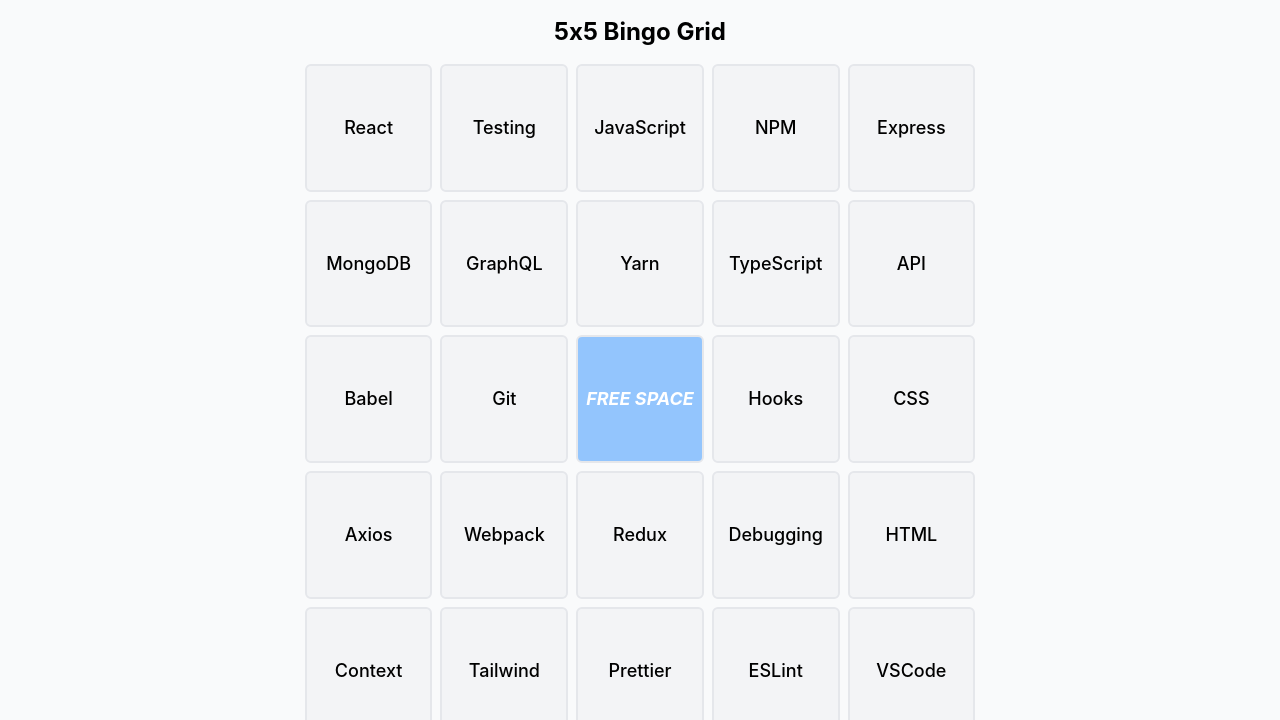
Repository: yassirbn/football-bingo
Page: /
The author's editor kept a copy of each file at every save. The page is drawn from the files as they stood at one save, then again after the next save.
The browser window is 1280 px wide. The pictures show the whole page.
The project was rebuilt for these pictures with package versions that can differ from the ones it lists, and the page was loaded fresh each time.

Above is the page before, as saved 2024-11-26 17:23:13.

### src/index.css

@import url('https://fonts.googleapis.com/css2?family=Caveat:wght@400;700&display=swap');

@tailwind base;
@tailwind components;
@tailwind utilities;


body {
  margin: 0;
  font-family: -apple-system, BlinkMacSystemFont, 'Segoe UI', 'Roboto', 'Oxygen',
    'Ubuntu', 'Cantarell', 'Fira Sans', 'Droid Sans', 'Helvetica Neue',
    sans-serif;
  -webkit-font-smoothing: antialiased;
  -moz-osx-font-smoothing: grayscale;
}

code {
  font-family: source-code-pro, Menlo, Monaco, Consolas, 'Courier New',
    monospace;
}

### src/App.js
import React from "react";
import BingoGrid from "./component/BingoGrid/BingoGrid";


const App = () => {
  const words = [
    "React", "JavaScript", "CSS", "HTML", "Tailwind",
    "Redux", "API", "NodeJS", "Express", "MongoDB",
    "GraphQL", "TypeScript", "Hooks", "Context", "Webpack",
    "Babel", "Git", "NPM", "Yarn", "ESLint",
    "Prettier", "Testing", "Axios", "VSCode", "Debugging"
  ];

  return (
    <div className="min-h-screen bg-gray-50 flex items-center justify-center">
      <BingoGrid words={words} />
    </div>
  );
};

export default App;

### src/component/BingoGrid/BingoGrid.js
import React, { useState } from "react";

const BingoGrid = ({ words }) => {
  const gridSize = 5; // 5x5 grid
  const totalCells = gridSize * gridSize;

  // Shuffle words only once and store in state
  const initializeGrid = () => {
    const shuffledWords = [...words].sort(() => 0.5 - Math.random()).slice(0, totalCells);

    // Fill with placeholders if not enough words
    while (shuffledWords.length < totalCells) {
      shuffledWords.push("PLACEHOLDER");
    }

    // Replace the center cell with "FREE SPACE"
    const centerIndex = Math.floor(totalCells / 2);
    shuffledWords[centerIndex] = "FREE SPACE";

    return shuffledWords;
  };

  const [gridWords] = useState(initializeGrid);
  const [selectedCells, setSelectedCells] = useState(
    Array(totalCells).fill(false).map((_, i) => i === Math.floor(totalCells / 2)) // Center (FREE SPACE) is pre-selected
  );
  const [bingo, setBingo] = useState(false);

  // Handle cell click
  const handleCellClick = (index) => {
    if (gridWords[index] === "FREE SPACE" || selectedCells[index]) return; // Ignore clicks on FREE SPACE or already selected cells

    const updatedSelection = [...selectedCells];
    updatedSelection[index] = true;
    setSelectedCells(updatedSelection);

    // Check for Bingo
    checkForBingo(updatedSelection);
  };

  // Check for Bingo
  const checkForBingo = (selected) => {
    const checkLine = (line) => line.every((index) => selected[index]);

    // Generate all rows, columns, and diagonals
    const rows = Array.from({ length: gridSize }, (_, i) =>
      Array.from({ length: gridSize }, (_, j) => i * gridSize + j)
    );
    const cols = Array.from({ length: gridSize }, (_, i) =>
      Array.from({ length: gridSize }, (_, j) => j * gridSize + i)
    );
    const diagonal1 = Array.from({ length: gridSize }, (_, i) => i * gridSize + i);
    const diagonal2 = Array.from({ length: gridSize }, (_, i) => (i + 1) * gridSize - (i + 1));

    const lines = [...rows, ...cols, diagonal1, diagonal2];

    if (lines.some(checkLine)) {
      setBingo(true); // Set Bingo to true to trigger animations
    }
  };

  return (
    <div className="p-4 relative h-screen overflow-hidden">
      {/* Fireworks Animation */}
      {bingo && (
        <div className="absolute inset-0 z-20 flex justify-center items-center pointer-events-none">
          {/* Firework Particles */}
          {Array.from({ length: 300 }).map((_, idx) => (
            <div
              key={idx}
              className="fireworks-particle w-4 h-4 rounded-full absolute animate-fireworks"
              style={{
                "--x": `${Math.random() * 120 - 60}vw`, // Expanded X direction
                "--y": `${Math.random() * 120 - 60}vh`, // Expanded Y direction
                "--size": `${Math.random() * 10 + 5}px`, // Random size (larger particles)
                "--duration": `${Math.random() * 2 + 1.5}s`, // Increased duration for longer explosion
                "--delay": `${Math.random() * 0.5}s`, // Random delay
                backgroundColor: `hsl(${Math.random() * 360}, 100%, 50%)`, // Random color (HSL)
                transform: `rotate(${Math.random() * 360}deg)` // Random rotation for more chaos
              }}
            ></div>
          ))}
        </div>
      )}

      {/* Bingo Text Animation */}
      {bingo && (
        <div className="absolute inset-0 flex items-center justify-center z-10 animate-bingo-fade">
          <h2 className="text-7xl sm:text-8xl md:text-9xl lg:text-10xl font-extrabold text-red-600 animate-bingo-shake">
            BINGO!
          </h2>
        </div>
      )}

      {/* Bingo Grid */}
      <h1 className="text-center text-2xl font-bold mb-4">5x5 Bingo Grid</h1>
      <div
        className="grid gap-2"
        style={{
          gridTemplateColumns: `repeat(${gridSize}, minmax(50px, 1fr))`,
        }}
      >
        {gridWords.map((word, index) => (
          <div
            key={index}
            className={`flex items-center justify-center border-2 rounded-md text-center font-medium aspect-square p-2
              ${
                selectedCells[index]
                  ? "bg-blue-300 text-white"
                  : "bg-gray-100 hover:bg-blue-200 cursor-pointer"
              } ${word === "FREE SPACE" ? "cursor-default" : ""}
            `}
            onClick={() => handleCellClick(index)}
          >
            <span
              className={`break-words text-xs sm:text-sm md:text-base lg:text-lg ${
                word === "FREE SPACE" ? "font-bold italic" : ""
              }`}
            >
              {word}
            </span>
          </div>
        ))}
      </div>
    </div>
  );
};

export default BingoGrid;

### tailwind.config.js
/** @type {import('tailwindcss').Config} */
module.exports = {
  content: ['./src/**/*.{js,jsx,ts,tsx}'],
  theme: {
    extend: {
      fontFamily: {
        hand: ["'Caveat'", "cursive"],
      },
      animation: {
        fireworks: "fireworks 1.5s ease-out forwards",
        "bingo-fade": "bingo-fade 2s ease-out forwards",
        "bingo-shake": "bingo-shake 0.5s ease-in-out infinite",
      },
      keyframes: {
        fireworks: {
          "0%": {
            transform: "scale(0) translate(0, 0)",
            opacity: 1,
          },
          "50%": {
            transform: "scale(1) translate(var(--x), var(--y))",
            opacity: 1,
          },
          "100%": {
            transform: "scale(2) translate(var(--x), var(--y))",
            opacity: 0,
          },
        },
        "bingo-fade": {
          "0%": { opacity: 0 },
          "100%": { opacity: 1 },
        },
        "bingo-shake": {
          "0%": { transform: "rotate(0)" },
          "25%": { transform: "rotate(5deg)" },
          "50%": { transform: "rotate(0)" },
          "75%": { transform: "rotate(-5deg)" },
          "100%": { transform: "rotate(0)" },
        },
      },
    },
  },
  plugins: [],
}

Loaded but not shown: public/index.html (common file); src/index.js (common file); src/reportWebVitals.js (common file)

After the next save:
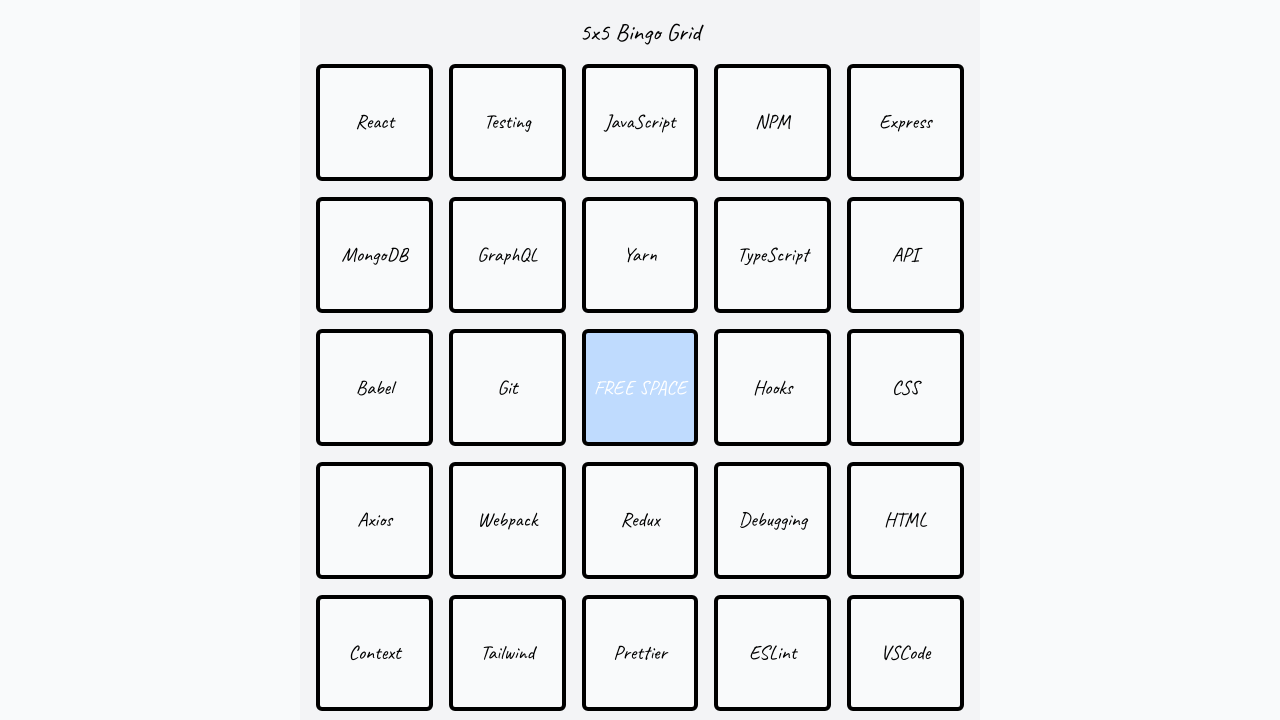
Saved 33 s later.
--- a/src/component/BingoGrid/BingoGrid.js
+++ b/src/component/BingoGrid/BingoGrid.js
@@ -4,45 +4,31 @@ const BingoGrid = ({ words }) => {
   const gridSize = 5; // 5x5 grid
   const totalCells = gridSize * gridSize;
 
-  // Shuffle words only once and store in state
   const initializeGrid = () => {
     const shuffledWords = [...words].sort(() => 0.5 - Math.random()).slice(0, totalCells);
-
-    // Fill with placeholders if not enough words
     while (shuffledWords.length < totalCells) {
       shuffledWords.push("PLACEHOLDER");
     }
-
-    // Replace the center cell with "FREE SPACE"
-    const centerIndex = Math.floor(totalCells / 2);
-    shuffledWords[centerIndex] = "FREE SPACE";
-
+    shuffledWords[Math.floor(totalCells / 2)] = "FREE SPACE";
     return shuffledWords;
   };
 
   const [gridWords] = useState(initializeGrid);
   const [selectedCells, setSelectedCells] = useState(
-    Array(totalCells).fill(false).map((_, i) => i === Math.floor(totalCells / 2)) // Center (FREE SPACE) is pre-selected
+    Array(totalCells).fill(false).map((_, i) => i === Math.floor(totalCells / 2))
   );
   const [bingo, setBingo] = useState(false);
 
-  // Handle cell click
   const handleCellClick = (index) => {
-    if (gridWords[index] === "FREE SPACE" || selectedCells[index]) return; // Ignore clicks on FREE SPACE or already selected cells
-
+    if (gridWords[index] === "FREE SPACE" || selectedCells[index]) return;
     const updatedSelection = [...selectedCells];
     updatedSelection[index] = true;
     setSelectedCells(updatedSelection);
-
-    // Check for Bingo
     checkForBingo(updatedSelection);
   };
 
-  // Check for Bingo
   const checkForBingo = (selected) => {
     const checkLine = (line) => line.every((index) => selected[index]);
-
-    // Generate all rows, columns, and diagonals
     const rows = Array.from({ length: gridSize }, (_, i) =>
       Array.from({ length: gridSize }, (_, j) => i * gridSize + j)
     );
@@ -51,51 +37,24 @@ const BingoGrid = ({ words }) => {
     );
     const diagonal1 = Array.from({ length: gridSize }, (_, i) => i * gridSize + i);
     const diagonal2 = Array.from({ length: gridSize }, (_, i) => (i + 1) * gridSize - (i + 1));
-
     const lines = [...rows, ...cols, diagonal1, diagonal2];
-
     if (lines.some(checkLine)) {
-      setBingo(true); // Set Bingo to true to trigger animations
+      setBingo(true);
     }
   };
 
   return (
-    <div className="p-4 relative h-screen overflow-hidden">
-      {/* Fireworks Animation */}
+    <div className="p-4 relative h-screen bg-gray-100 flex flex-col items-center">
       {bingo && (
-        <div className="absolute inset-0 z-20 flex justify-center items-center pointer-events-none">
-          {/* Firework Particles */}
-          {Array.from({ length: 300 }).map((_, idx) => (
-            <div
-              key={idx}
-              className="fireworks-particle w-4 h-4 rounded-full absolute animate-fireworks"
-              style={{
-                "--x": `${Math.random() * 120 - 60}vw`, // Expanded X direction
-                "--y": `${Math.random() * 120 - 60}vh`, // Expanded Y direction
-                "--size": `${Math.random() * 10 + 5}px`, // Random size (larger particles)
-                "--duration": `${Math.random() * 2 + 1.5}s`, // Increased duration for longer explosion
-                "--delay": `${Math.random() * 0.5}s`, // Random delay
-                backgroundColor: `hsl(${Math.random() * 360}, 100%, 50%)`, // Random color (HSL)
-                transform: `rotate(${Math.random() * 360}deg)` // Random rotation for more chaos
-              }}
-            ></div>
-          ))}
-        </div>
-      )}
-
-      {/* Bingo Text Animation */}
-      {bingo && (
-        <div className="absolute inset-0 flex items-center justify-center z-10 animate-bingo-fade">
-          <h2 className="text-7xl sm:text-8xl md:text-9xl lg:text-10xl font-extrabold text-red-600 animate-bingo-shake">
+        <div className="absolute inset-0 z-10 flex flex-col items-center justify-center">
+          <h2 className="text-7xl sm:text-8xl md:text-9xl font-hand text-red-500 animate-pulse">
             BINGO!
           </h2>
         </div>
       )}
-
-      {/* Bingo Grid */}
-      <h1 className="text-center text-2xl font-bold mb-4">5x5 Bingo Grid</h1>
+      <h1 className="text-center text-2xl font-hand mb-4">5x5 Bingo Grid</h1>
       <div
-        className="grid gap-2"
+        className="grid gap-4"
         style={{
           gridTemplateColumns: `repeat(${gridSize}, minmax(50px, 1fr))`,
         }}
@@ -103,20 +62,22 @@ const BingoGrid = ({ words }) => {
         {gridWords.map((word, index) => (
           <div
             key={index}
-            className={`flex items-center justify-center border-2 rounded-md text-center font-medium aspect-square p-2
+            className={`flex items-center justify-center text-center font-medium font-hand aspect-square p-2
               ${
                 selectedCells[index]
-                  ? "bg-blue-300 text-white"
-                  : "bg-gray-100 hover:bg-blue-200 cursor-pointer"
-              } ${word === "FREE SPACE" ? "cursor-default" : ""}
-            `}
+                  ? "bg-blue-200 text-white"
+                  : "bg-gray-50 hover:bg-gray-200"
+              }
+              ${
+                word === "FREE SPACE" ? "cursor-default font-bold" : "cursor-pointer"
+              }
+              border-black border-4 rounded-md relative
+              transition-transform duration-200 ease-in-out ${
+                word !== "FREE SPACE" ? "hover:-rotate-[3deg] hover:scale-105" : ""
+              }`}
             onClick={() => handleCellClick(index)}
           >
-            <span
-              className={`break-words text-xs sm:text-sm md:text-base lg:text-lg ${
-                word === "FREE SPACE" ? "font-bold italic" : ""
-              }`}
-            >
+            <span className="break-words text-sm sm:text-base md:text-lg lg:text-xl">
               {word}
             </span>
           </div>
